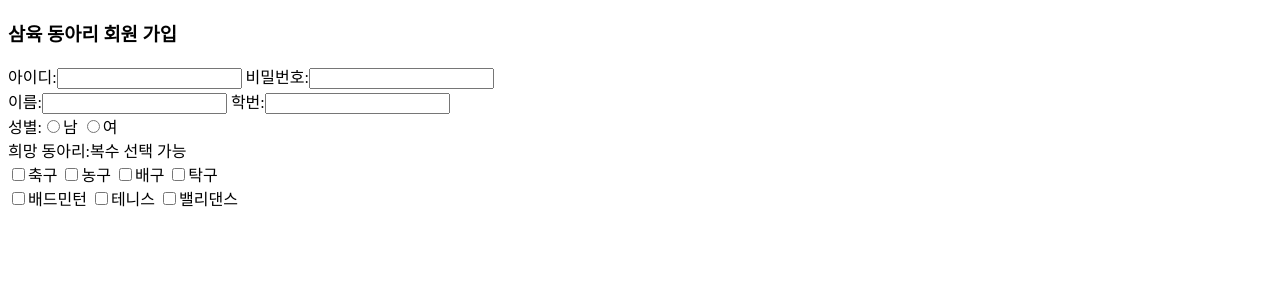
Repository: 2er0127/oracleSQL
Page: http://localhost/jsp/JSPFormTest01.jsp
An editor plug-in stored every save of this project. The page is shown before and after the next save, followed by the edit.
The browser window is 1280 px wide. The pictures show the whole page.
The page is served by Tomcat 9.

Above is the page before, as saved 2020-11-30 14:02:21.

After the next save:
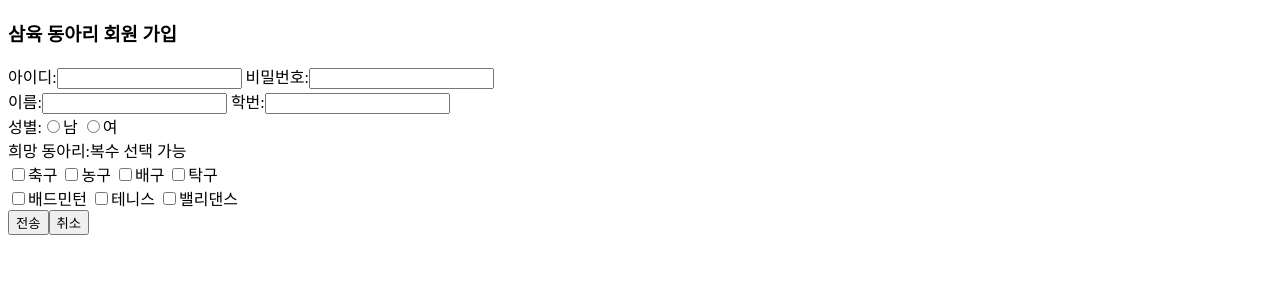
Saved 63 s later.
--- a/jsp/Webapp/JSPFormTest01.jsp
+++ b/jsp/Webapp/JSPFormTest01.jsp
@@ -27,6 +27,9 @@
 <input type="checkbox" name="dongahri" value="배드민턴">배드민턴
 <input type="checkbox" name="dongahri" value="테니스">테니스
 <input type="checkbox" name="dongahri" value="밸리댄스">밸리댄스
+<br>
+
+<input type="submit" value="전송"><input type="reset" value="취소">
 
 
 </form>
